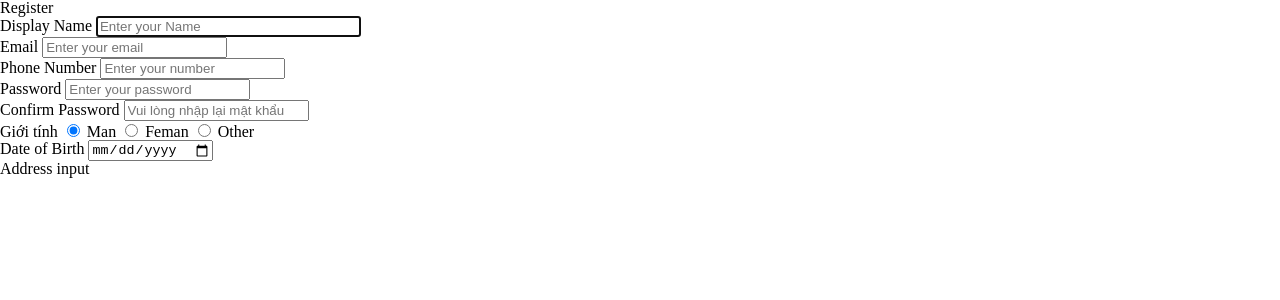
Repository: lannguyen1301/f8-zoom-day-4
Page: form.html
These files come from the project's save history. The page is drawn as it stood at one moment and after a run of saves; the edit follows.
The browser window is 1280 px wide. The pictures show the whole page.

Above is the page before, as saved 2025-04-19 21:56:22.

After the next 2 saves:
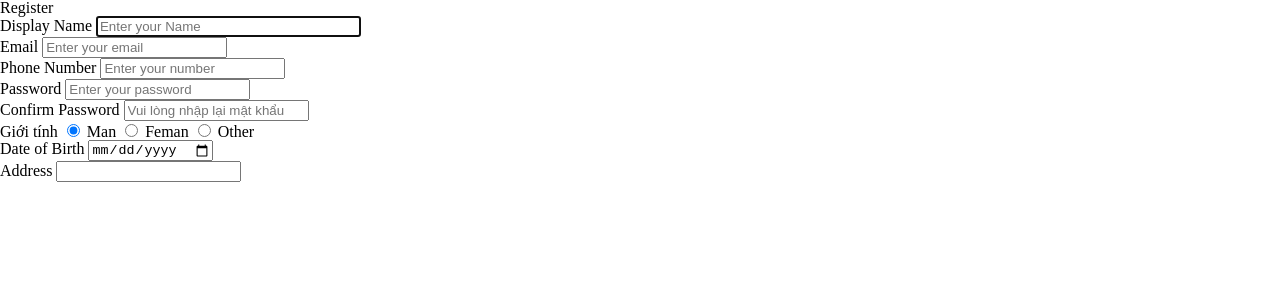
The 2 saves are shown as one change because they came seconds apart.
The last was saved 5 s later.
--- a/form.html
+++ b/form.html
@@ -62,7 +62,7 @@
 
         <div class="form-group">
             <label for="address">Address</label>
-            input
+            <input type="text" name="" id="">
         </div>
     </form>
 </body>
